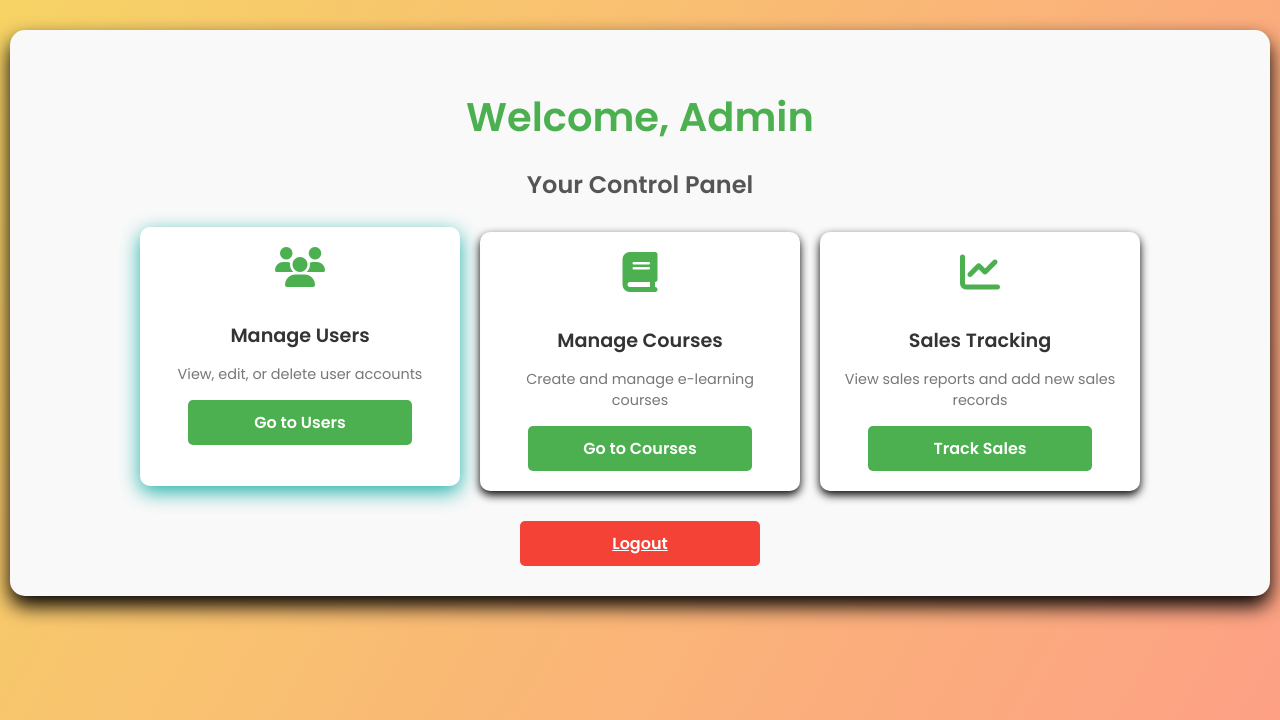
Repository: Syed1818/project
Page: http://localhost/admin_dashboard.php
These files come from the project's save history. The page is drawn as it stood at one moment and after the next save; the edit follows.
The browser window is 1280 px wide. The pictures show the whole page.
The pointer rests on the first visible `.action-card`.
Some web libraries are served in a nearby version. The page is run by PHP 8.4 with error messages shown; the project is at /var/www/html/.

Above is the page before, as saved 2024-12-07 15:16:33.

### admin_dashboard.php
<!DOCTYPE html>
<html lang="en">
<head>
    <meta charset="UTF-8">
    <meta name="viewport" content="width=device-width, initial-scale=1.0">
    <title>Admin Dashboard</title>
    <style>
        @import url('https://fonts.googleapis.com/css2?family=Poppins:wght@400;600&display=swap');
        body {
            font-family: 'Poppins', sans-serif;
            background: linear-gradient(120deg, #f6d365, #fda085);
            color: #333;
            margin: 0;
            padding: 0;
            min-height: 100vh;
            display: flex;
            justify-content: center;
            align-items: flex-start;
        }

        .container {
            background: #f9f9f9;
            padding: 30px;
            border-radius: 15px;
            box-shadow: 0 10px 20px black;
            width: 100%;
            max-width: 1200px;
            margin: 30px auto;
        }

        h1 {
            text-align: center;
            margin-bottom: 20px;
            color: #4CAF50;
            font-size: 2.5rem;
            font-weight: bold;
        }

        h2 {
            text-align: center;
            color: #555;
            margin-bottom: 30px;
        }

        .actions {
            display: flex;
            justify-content: center;
            gap: 20px;
            flex-wrap: wrap;
        }

        .action-card {
            background: white;
            padding: 20px;
            border-radius: 10px;
            width: 280px;
            text-align: center;
            box-shadow: 0 4px 10px black;
            transition: transform 0.3s ease, box-shadow 0.3s ease;
        }

        .action-card:hover {
            transform: translateY(-5px);
            box-shadow: 0 6px 20px lightseagreen;
        }

        .action-card i {
            font-size: 40px;
            color: #4CAF50;
            margin-bottom: 15px;
        }

        .action-card h3 {
            font-size: 1.2rem;
            margin-bottom: 10px;
            color: #333;
        }

        .action-card p {
            color: #777;
            font-size: 0.9rem;
            margin-bottom: 15px;
        }

        .action-card a {
            text-decoration: none;
            color: #fff;
            background-color: #4CAF50;
            padding: 10px 0;
            border-radius: 5px;
            font-weight: bold;
            display: block;
            width: 80%;
            margin: 0 auto;
            text-align: center;
        }

        .action-card a:hover {
            background-color: #45a049;
        }

        .logout-btn {
            background-color: #f44336;
            color: white;
            padding: 10px 20px;
            text-align: center;
            border-radius: 5px;
            font-weight: bold;
            margin: 30px auto 0;
            width: 200px;
            display: block;
        }

        .logout-btn:hover {
            background-color: #e53935;
        }

        /* Mobile Responsiveness */
        @media (max-width: 768px) {
            .actions {
                flex-direction: column;
                align-items: center;
            }

            .action-card {
                width: 90%;
                margin-bottom: 20px;
            }
        }
    </style>
    <!-- Font Awesome for Icons -->
    <script src="https://kit.fontawesome.com/a076d05399.js" crossorigin="anonymous"></script>
</head>
<body>
    <div class="container">
        <header>
            <h1>Welcome, Admin</h1>
            <h2>Your Control Panel</h2>
        </header>

        <main>
            <section class="actions">
                <div class="action-card">
                    <i class="fas fa-users"></i>
                    <h3>Manage Users</h3>
                    <p>View, edit, or delete user accounts</p>
                    <a href="manage_users.php">Go to Users</a>
                </div>
                <div class="action-card">
                    <i class="fas fa-book"></i>
                    <h3>Manage Courses</h3>
                    <p>Create and manage e-learning courses</p>
                    <a href="manage_courses.php">Go to Courses</a>
                </div>
                <div class="action-card">
                    <i class="fas fa-chart-line"></i>
                    <h3>Sales Tracking</h3>
                    <p>View sales reports and add new sales records</p>
                    <a href="sales_report.php">Track Sales</a>
                </div>
            </section>

            <a href="admin_logout.php" class="logout-btn">Logout</a>
        </main>
    </div>
</body>
</html>

After the next save:
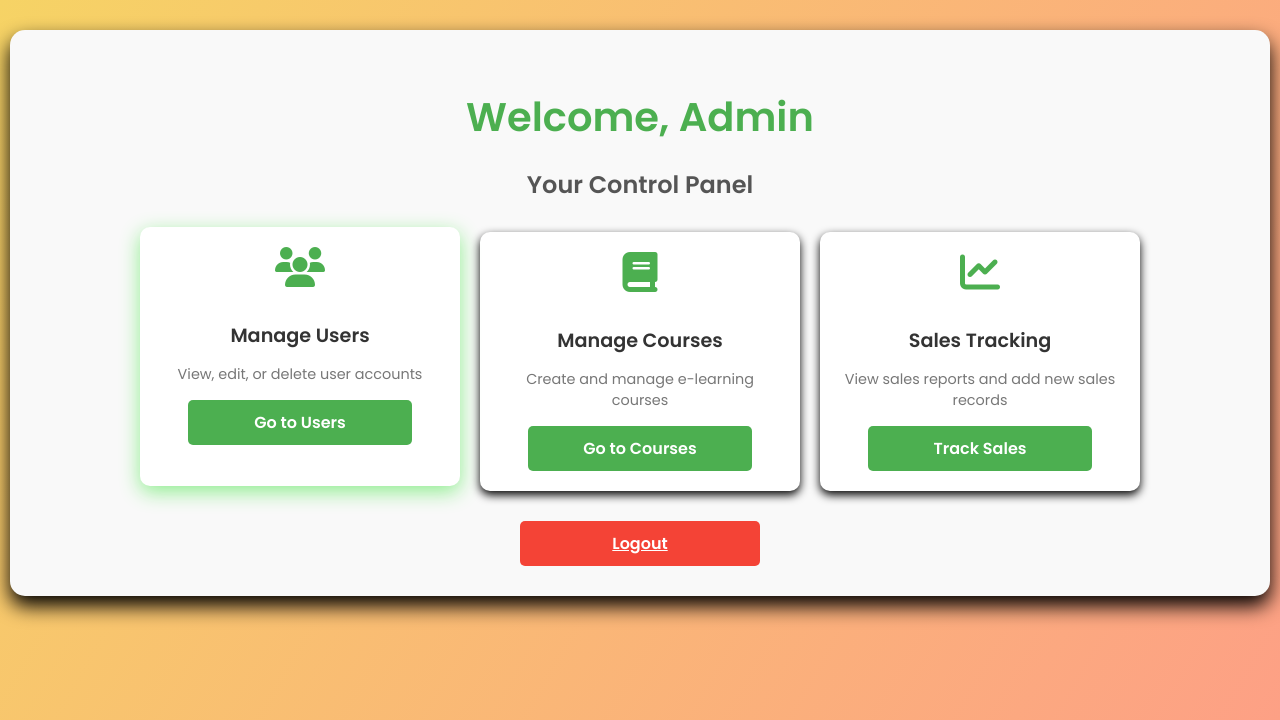
Saved 10 s later.
--- a/admin_dashboard.php
+++ b/admin_dashboard.php
@@ -61,7 +61,7 @@
 
         .action-card:hover {
             transform: translateY(-5px);
-            box-shadow: 0 6px 20px lightseagreen;
+            box-shadow: 0 6px 20px lightgreen;
         }
 
         .action-card i {
